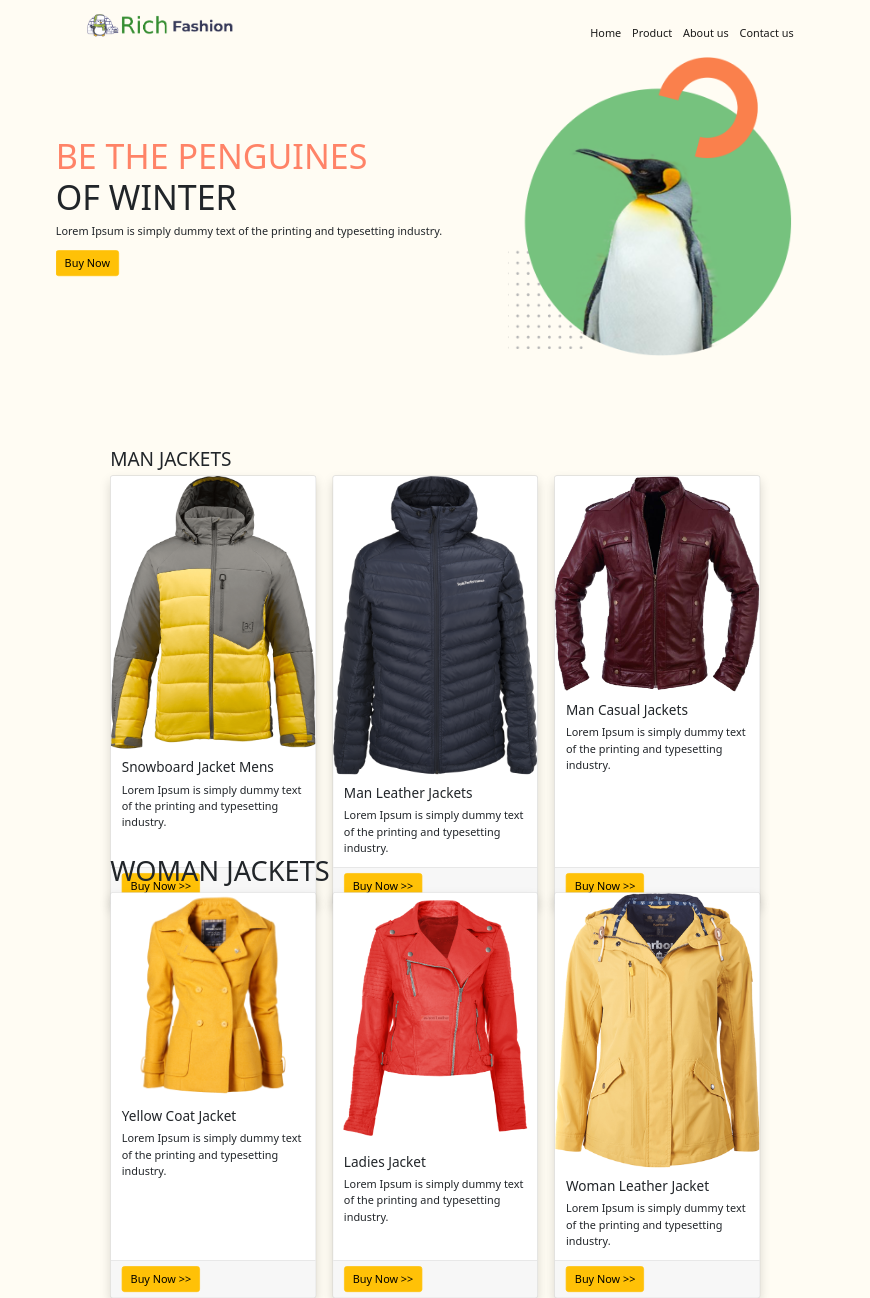
Repository: sabbircse3/fashion
Page: index.html
The author's editor kept a copy of each file at every save. The page is drawn from the files as they stood at one save, then again after the next save.
The browser window is 1280 px wide. The pictures show the whole page, at 68% of full size.

Above is the page before, as saved 2021-01-14 02:45:22.

After the next save:
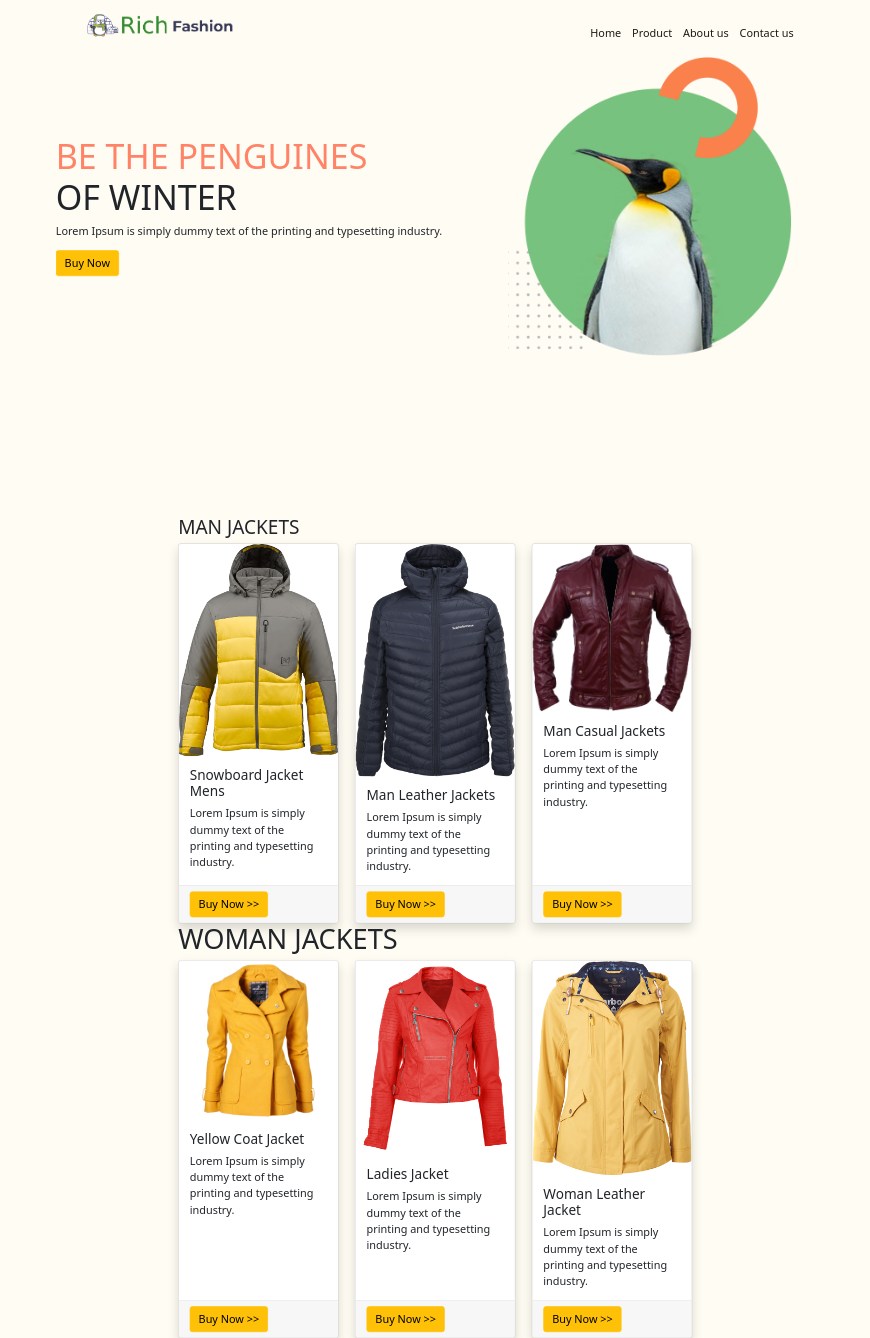
Saved 9 s later.
--- a/index.html
+++ b/index.html
@@ -38,7 +38,7 @@
             color: #FF8367;
         }
         .mt-5{
-            padding: 80px;
+            padding: 180px;
 
             position: relative;
         }
